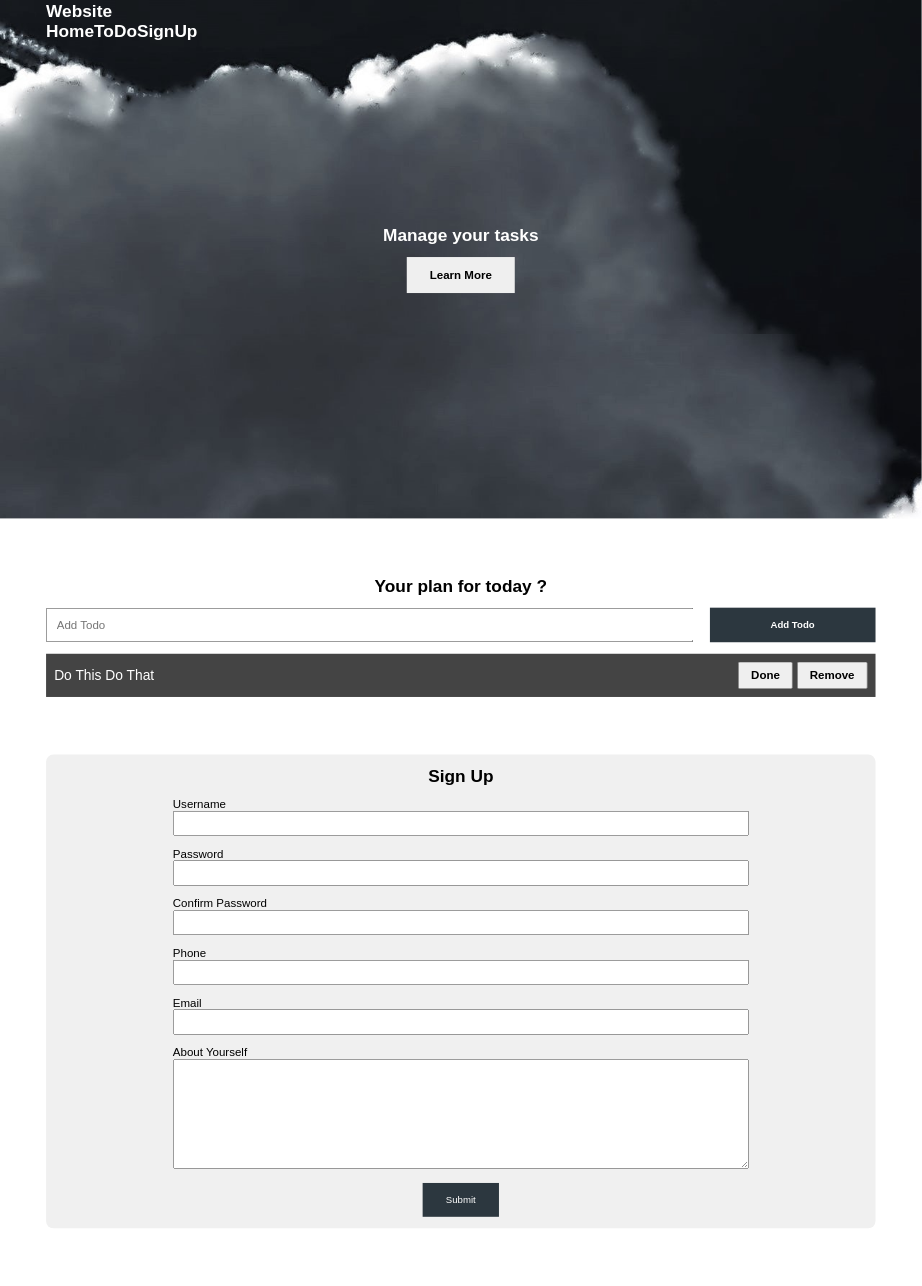
Repository: codewithfaizan/JavaScriptSelf
Page: 27.08.2022/index.html
The author's editor kept a copy of each file at every save. The page is drawn from the files as they stood at one save, then again after the next save.
The browser window is 1280 px wide. The pictures show the whole page, at 72% of full size.

Above is the page before, as saved 2022-08-27 17:03:51.

### 27.08.2022/index.html
<!-- Creating html page -->
<!DOCTYPE html>
<html lang="en">
<head>
    <meta charset="UTF-8">
    <meta http-equiv="X-UA-Compatible" content="IE=edge">
    <meta name="viewport" content="width=device-width, initial-scale=1.0">
    <title>Website</title>
    <link rel="stylesheet" href="style.css">
</head>
<body>
    <header class="header">
        <nav class="nav container">
                <h1 class="logo">Website</h1class>
                <ul class="nav-items">
                    <li class="nav-item"><a href="#home">Home</a></li>
                    <li class="nav-item><a href="">ToDo</a></li>
                    <li class="nav-item><a href="">SignUp</a></li>
                </ul>
        </nav>

        <div class="headline">
            <h2 id="main-heading">
              Manage your tasks <span style="display: none">Hello</span>
            </h2>
            <button class="btn btn-headline">Learn More</button>
          </div>
    </header>
    <section class="section-todo container">
        <h2>Your plan for today ?</h2>

        <form class="form-todo">
          <input type="text" name="" id="" placeholder="Add Todo" />
          <input type="submit" value="Add Todo" class="btn" />
        </form>

        <ul class="todo-list">
            <li>
              <span class="text">Do this do that</span>
              <div class="todo-buttons">
                <button class="todo-btn done">Done</button>
                <button class="todo-btn remove">Remove</button>
              </div>
            </li>
          </ul>
        </section>

        <section class="section-signup container">
            <h2>Sign Up</h2>
            <form class="signup-form">
              <div class="form-group">
                <label for="username">Username</label>
                <input type="text" name="username" id="username" />
              </div>
              <div class="form-group">
                <label for="password">Password</label>
                <input type="password" name="password" id="password" />
              </div>
              <div class="form-group">
                <label for="confirmPassword">Confirm Password</label>
                <input type="password" name="confirmPassword" id="confirmPassword" />
              </div>
              <div class="form-group">
                <label for="phone">Phone</label>
                <input type="text" name="phone" id="phone" />
              </div>
              <div class="form-group">
                <label for="email">Email</label>
                <input type="email" name="email" id="email" />
              </div>
              <div class="form-group">
                <label for="about">About Yourself</label>
                <textarea name="about" id="about" cols="30" rows="10"></textarea>
              </div>
              <button type="submit" class="btn signup-btn">Submit</button>
            </form>
          </section>
</body>
</html>

### 27.08.2022/style.css
*{
    box-sizing: border-box;
    padding:0;
    margin: 0;
}

body {
    font-family:Arial, Helvetica, sans-serif;
}

a{
    text-decoration: none;
    color:white
}
.header{
    position: relative;
    min-height: 100vh;  /* <--!vh means viewport height--> */
    background-image: url(./pexels-sevenstorm-juhaszimrus-1302330.jpg);
    background-position: center;
    background-repeat: no-repeat;
    color: white;
}

.container{
    max-width: 1200px;
    margin: auto;
    width: 90%;
}
.nav {
    min-height: 8vh;
    display: flex;
    justify-content: space-between;
    align-items: center;
  }

  .nav-items {
    width: 40%;
    display: flex;
    list-style-type: none;
    justify-content: space-between;
  }
  .headline {
    text-align: center;
    position: absolute;
    top: 50%;
    left: 50%;
    transform: translate(-50%, -50%);
  }

  .btn {
    display: inline-block;
    outline: none;
    border: none;
    cursor: pointer;
  }

  .btn-headline {
    padding: 1rem 2rem;
    font-size: 1rem;
    margin-top: 1rem;
    font-weight: 600;
  }

  .section-todo {
    margin-top: 5rem;
    text-align: center;
  }

  .form-todo {
    min-height: 5vh;
    display: flex;
    justify-content: space-between;
    margin-top: 1rem;
  }

  .form-todo input {
    min-height: 100%;
  }
  .form-todo input[type="text"] {
    width: 78%;
    padding: 0.8rem;
    font-size: 1rem;
    font-weight: 400;
  }
  .form-todo input[type="submit"] {
    width: 20%;
    background: rgb(44, 55, 63);
    color: white;
    font-weight: bold;
  }
  .todo-list {
    text-align: left;
    font-size: 1.2rem;
    list-style-type: none;
  }
  .todo-list li {
    padding: 0.7rem;
    background: #444;
    color: white;
    margin-top: 1rem;
    text-transform: capitalize;
    display: flex;
    justify-content: space-between;
    align-items: center;
  }
  .todo-btn {
    /* min-height: 100%; */
    padding: 0.5rem 1rem;
    font-size: 1rem;
    font-weight: bold;
    cursor: pointer;
  }
  .section-signup {
    margin: 5rem auto;
    text-align: center;
    background: rgb(240, 240, 240);
    border-radius: 10px;
    padding: 1rem;
  }

  .signup-form {
    max-width: 800px;
    width: 95%;
    text-align: left;
    margin: auto;
  }
  .signup-form label {
    display: block;
  }

  .signup-form input {
    display: block;
    width: 100%;
    padding: 0.5rem;
  }
  .form-group {
    margin-top: 1rem;
  }
  .signup-form textarea {
    width: 100%;
  }
  .signup-btn {
    background: rgb(44, 55, 63);
    color: white;
    padding: 1rem 2rem;
    display: block;
    margin: auto;
    margin-top: 1rem;
  }

After the next save:
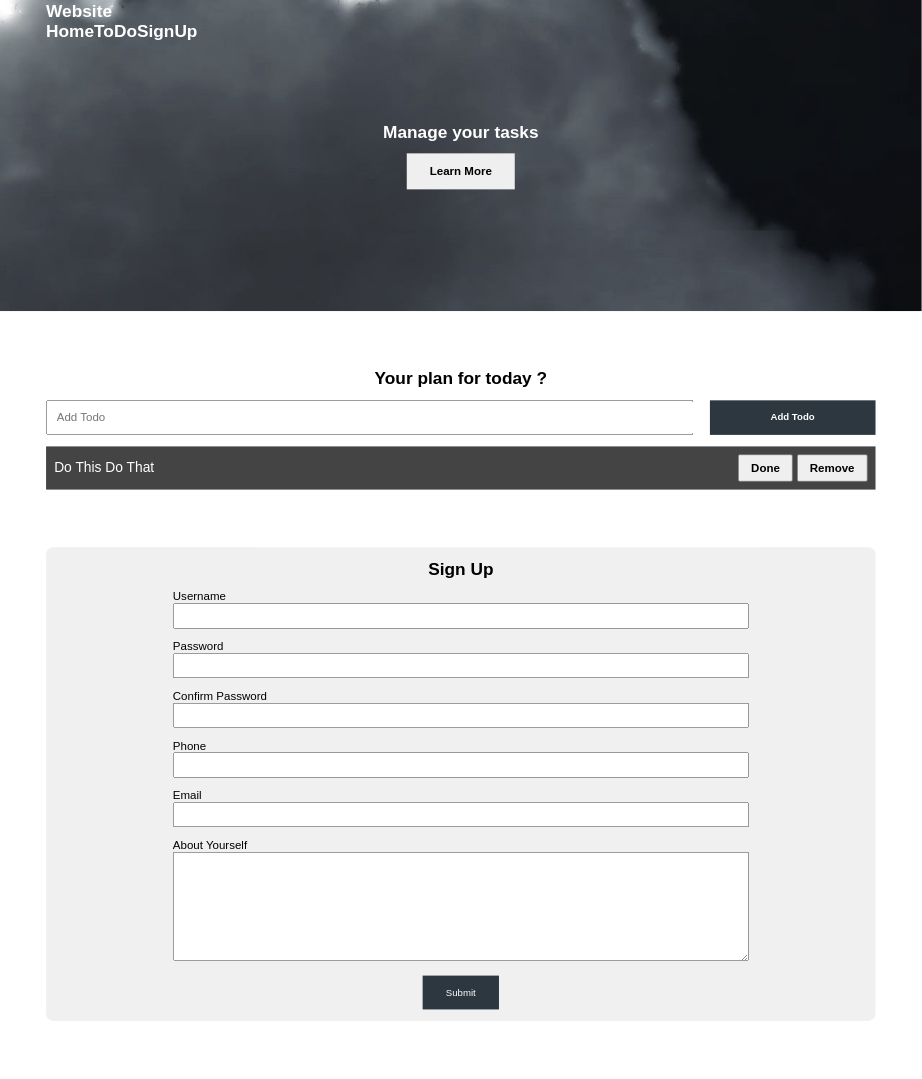
Saved 13 s later.
--- a/27.08.2022/style.css
+++ b/27.08.2022/style.css
@@ -14,7 +14,7 @@ a{
 }
 .header{
     position: relative;
-    min-height: 100vh;  /* <--!vh means viewport height--> */
+    min-height: 60vh;  /* <--!vh means viewport height--> */
     background-image: url(./pexels-sevenstorm-juhaszimrus-1302330.jpg);
     background-position: center;
     background-repeat: no-repeat;
